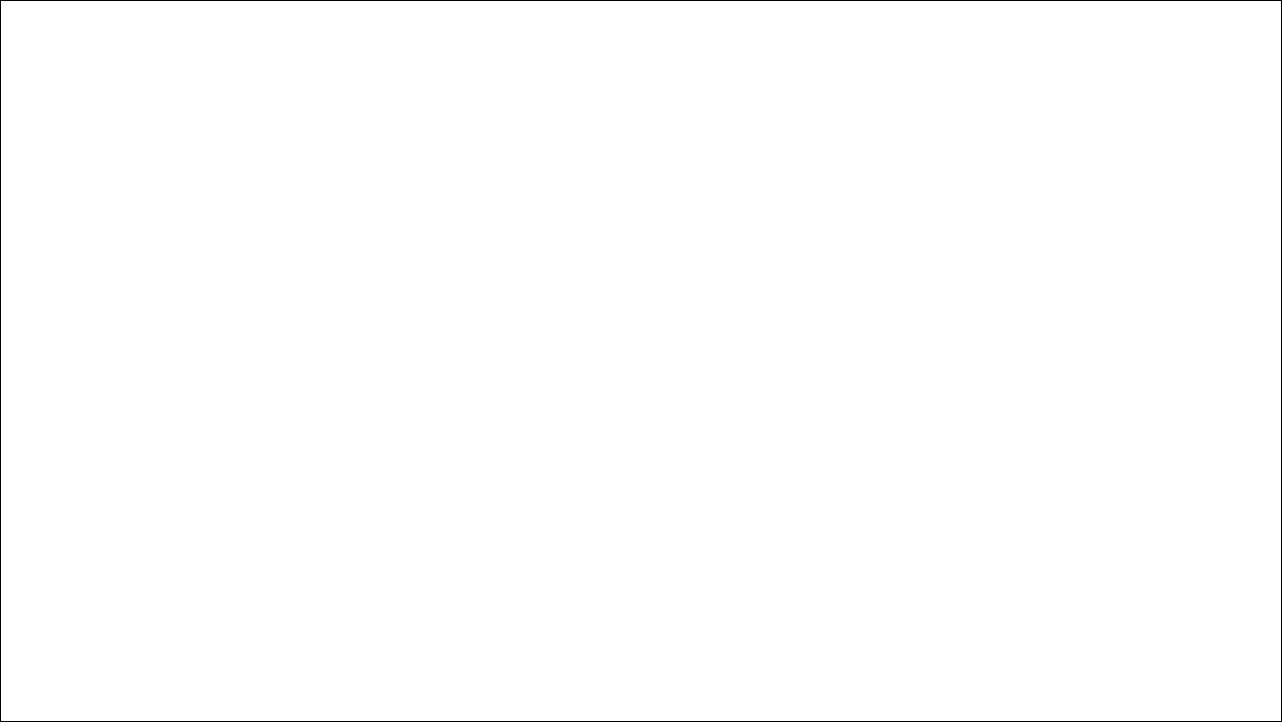
Repository: badhon252/Javascript-practice
Page: 1projects/JavaScript30/08 - Fun with HTML5 Canvas/index-START.html
An editor plug-in stored every save of this project. The page is shown before and after the next save, followed by the edit.
The browser window is 1280 px wide. The page is 1282 px wide, so the pictures cover 1282 px, including what lies to the right of the window. The pictures show the whole page.

Above is the page before, as saved 2022-12-02 23:26:04.

After the next save:
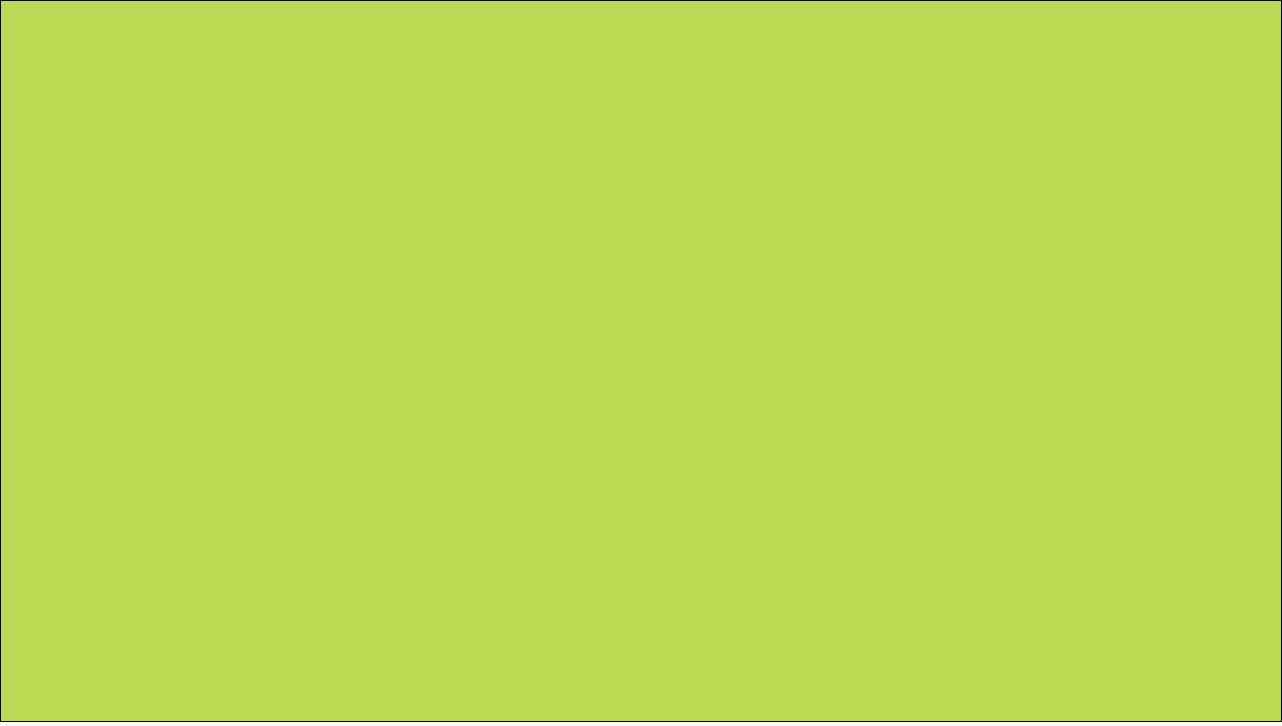
Saved 2 min 7 s later.
--- a/1projects/JavaScript30/08 - Fun with HTML5 Canvas/index-START.html
+++ b/1projects/JavaScript30/08 - Fun with HTML5 Canvas/index-START.html
@@ -20,6 +20,7 @@
 
         #draw {
             border: 1px solid black;
+            background-color: #BADA55;
         }
     </style>
 
